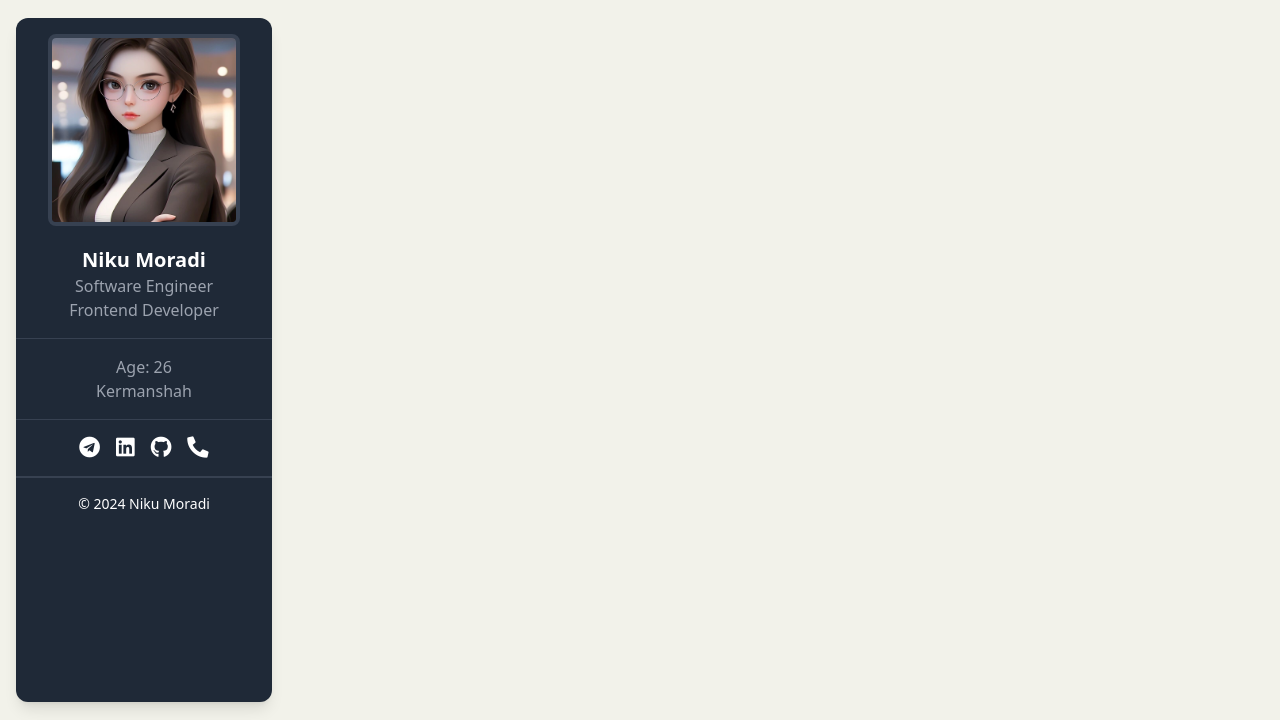
Repository: NikuMoradi/niku-moradi
Page: /About
These files come from the project's save history. The page is drawn as it stood at one moment and after the next save; the edit follows.
The browser window is 1280 px wide. The pictures show the whole page.
The project was rebuilt for these pictures with package versions that can differ from the ones it lists, and the page was loaded fresh each time. The framework's server and built-in components were replaced by stand-ins that run in the browser. Also part of the build but not shown: nuxt.config.ts, components/Blog Posts/Component-Design.vue, components/Blog.vue, components/Contact.vue, components/Education.vue, components/Experience.vue, components/Hero.vue, components/Menu.vue and 6 more.

Above is the page before, as saved 2024-11-28 12:07:16.

### assets/css/main.css
@tailwind base;
@tailwind components;
@tailwind utilities;

body {
  background-color: #f2f2ea; /* Light grayish-blue */
}

### components/LeftPanel.vue
<template>
  <div class="flex items-center h-screen">
    <div
      class="bg-gray-800 text-white h-[95vh] w-64 ml-4 rounded-xl shadow-lg flex flex-col"
    >
      <!-- Profile Picture -->
      <div
        class="p-4 flex flex-col items-center justify-center border-b border-gray-700"
      >
        <img
          src="../assets/img/photo_2024-11-28_10-37-05.jpg"
          alt="Profile Picture"
          class="w-48 h-48 mb-5 rounded-lg border-4 border-gray-700 object-cover object-center"
        />
        <h2 class="text-xl font-bold">Niku Moradi</h2>
        <p class="text-md text-gray-400">Software Engineer</p>
        <p class="text-md text-gray-400">Frontend Developer</p>
      </div>

      <!-- Biography -->
      <div class="p-4 text-center border-b border-gray-700">
        <p class="text-md text-gray-400">Age: 26</p>
        <p class="text-md text-gray-400">Kermanshah</p>
      </div>

      <!-- Social Links -->
      <div class="p-4 border-b border-gray-700 text-center">
        <div class="space-x-4">
          <a
            href="https://t.me/yourusername"
            target="_blank"
            class="text-white hover:text-blue-400"
          >
            <i class="fab fa-telegram fa-lg"></i>
          </a>
          <a
            href="https://linkedin.com/in/yourusername"
            target="_blank"
            class="text-white hover:text-blue-600"
          >
            <i class="fab fa-linkedin fa-lg"></i>
          </a>
          <a
            href="https://github.com/yourusername"
            target="_blank"
            class="text-white hover:text-gray-700"
          >
            <i class="fab fa-github fa-lg"></i>
          </a>
          <a href="tel:+1234567890" class="text-white hover:text-green-400">
            <i class="fas fa-phone-alt fa-lg"></i>
          </a>
        </div>
      </div>

      <!-- Footer -->
      <div class="p-4 border-t border-gray-700 text-center">
        <p class="text-sm">© 2024 Niku Moradi</p>
      </div>
    </div>
  </div>
</template>

### app.vue
<template>
  <LeftPanel />
</template>

Loaded but not shown: tailwind.config.js (common file); plugins/aos.client.js (no copy from this time; the picture is the same without it)

After the next save:
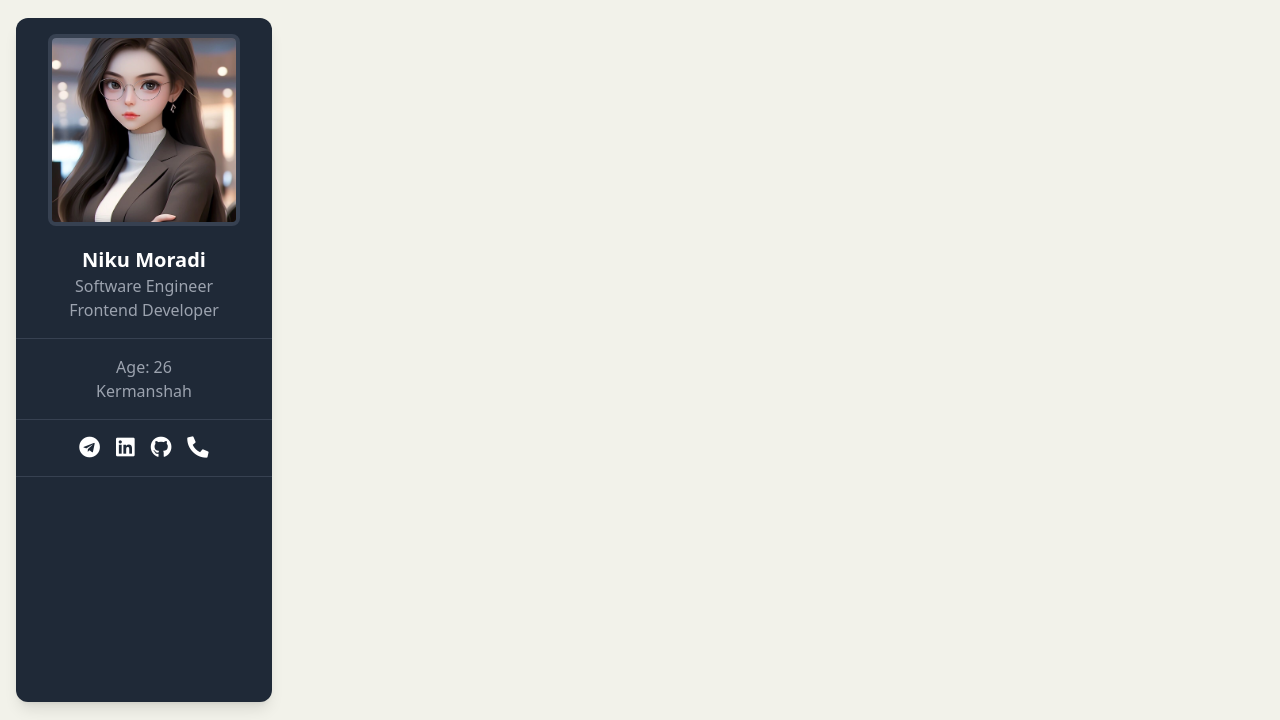
Saved 59 s later.
--- a/components/LeftPanel.vue
+++ b/components/LeftPanel.vue
@@ -54,9 +54,6 @@
       </div>
 
       <!-- Footer -->
-      <div class="p-4 border-t border-gray-700 text-center">
-        <p class="text-sm">© 2024 Niku Moradi</p>
-      </div>
     </div>
   </div>
 </template>
